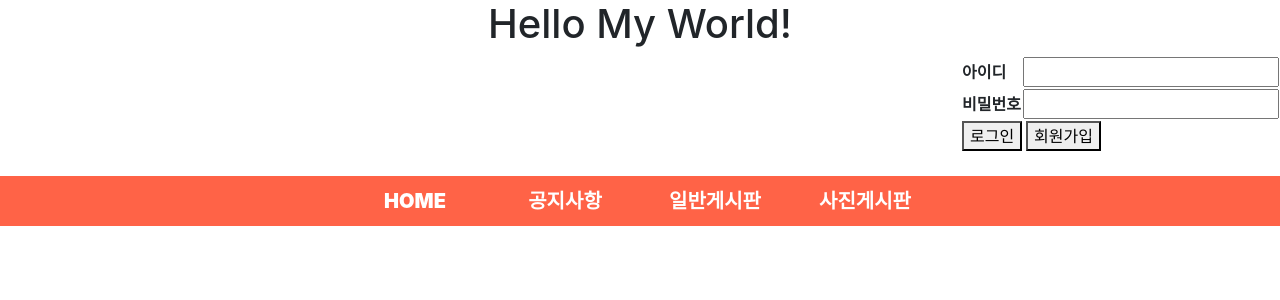
Repository: Developer-Choi-Jae-Young/FrameworkPractice
Page: http://localhost/mybatisProject/
These files come from the project's save history. The page is drawn as it stood at one moment and after the next save; the edit follows.
The browser window is 1280 px wide. The pictures show the whole page.
The page is served by Tomcat 9.

Above is the page before, as saved 2024-09-04 02:21:09.

After the next save:
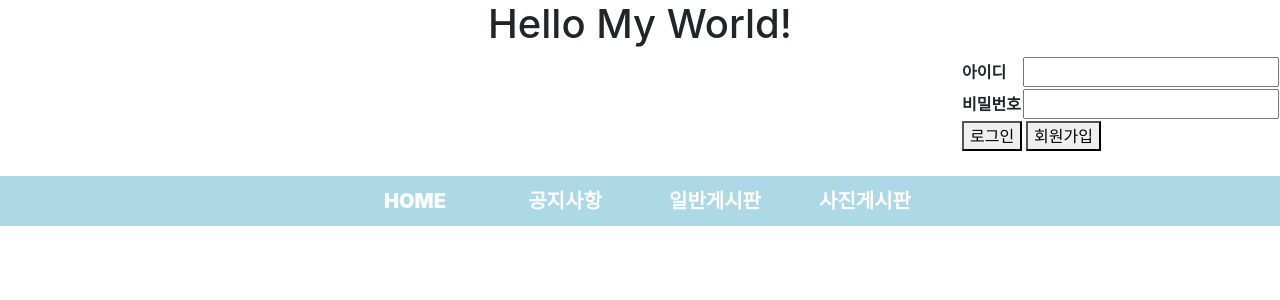
Saved 24 s later.
--- a/mybatis/mybatisProject/webapp/WEB-INF/views/common/menubar.jsp
+++ b/mybatis/mybatisProject/webapp/WEB-INF/views/common/menubar.jsp
@@ -31,7 +31,7 @@
 	}
 
 	.nav-area{
-		background-color: tomato;
+		background-color: lightblue;
 	}
 
 	.menu {
